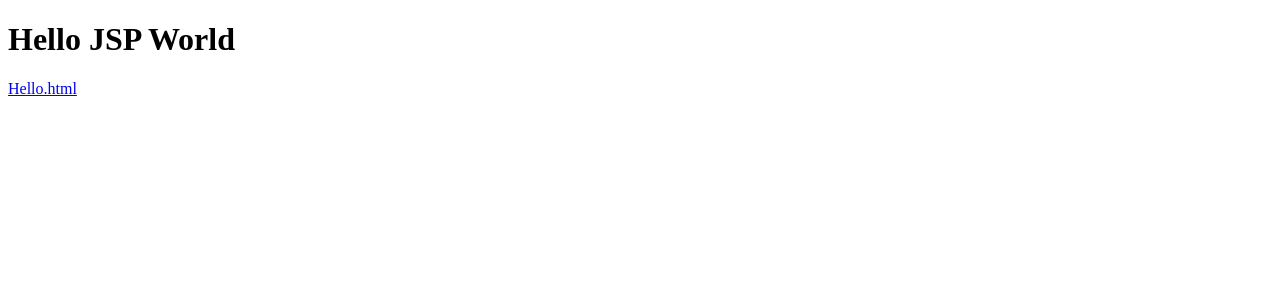
Repository: Ddongdun/Inhatc
Page: http://localhost/week1/Hello.jsp
An editor plug-in stored every save of this project. The page is shown before and after the next save, followed by the edit.
The browser window is 1280 px wide. The pictures show the whole page.
The page is served by Tomcat 9.

Above is the page before, as saved 2023-08-31 03:04:42.

After the next save:
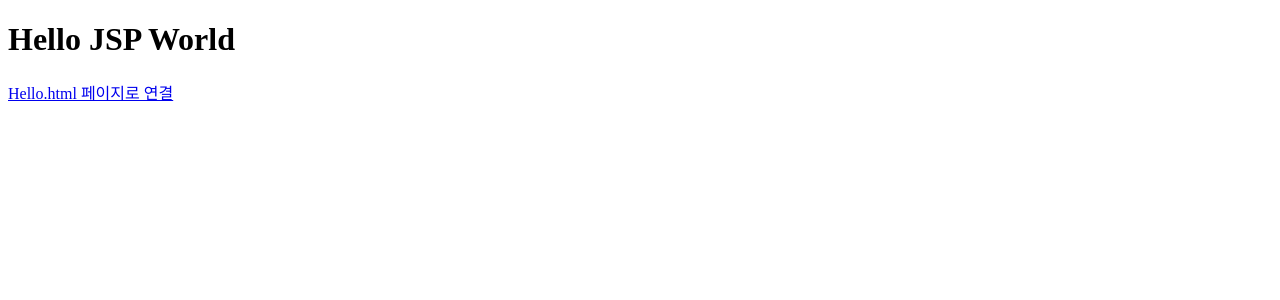
Saved 4 s later.
--- a/week1/src/main/webapp/Hello.jsp
+++ b/week1/src/main/webapp/Hello.jsp
@@ -8,6 +8,6 @@
 </head>
 <body>
 	<h1>Hello JSP World</h1>
-	<a href = "Hello.html">Hello.html</a>
+	<a href = "Hello.html">Hello.html 페이지로 연결</a>
 </body>
 </html>
